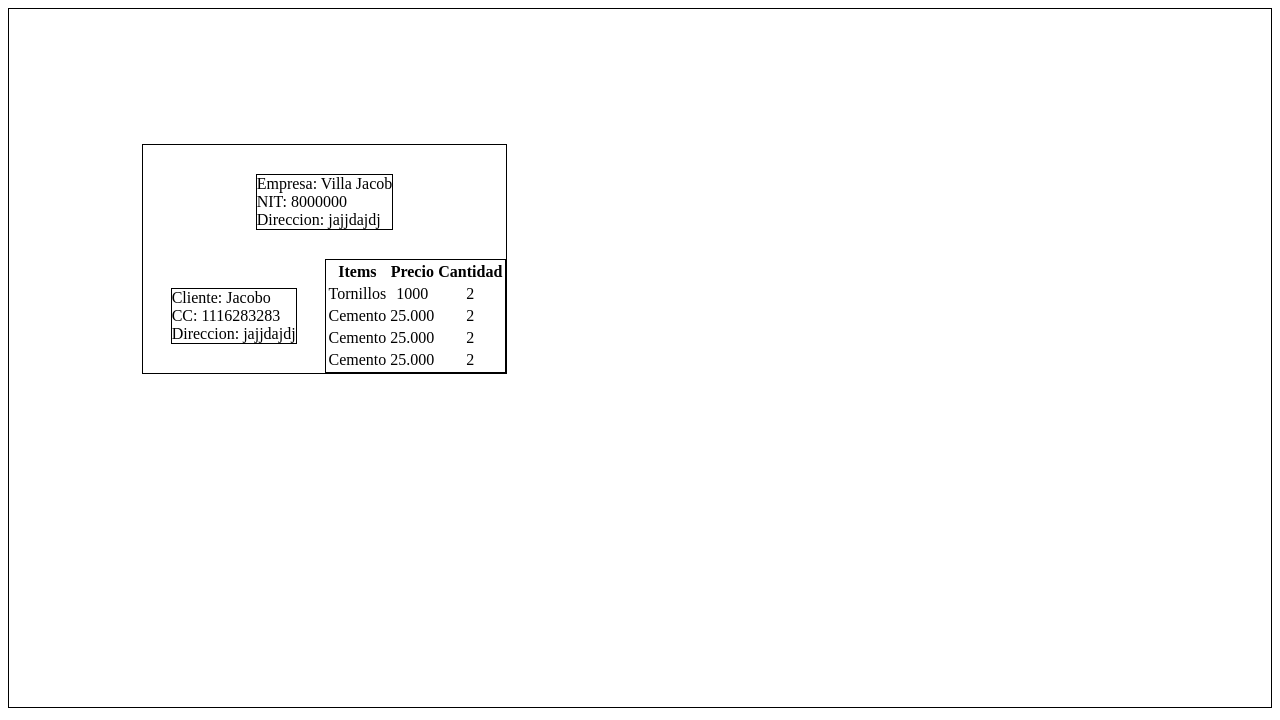
Repository: MrVanQish/FacturaEstructura
Page: index.html
The author's editor kept a copy of each file at every save. The page is drawn from the files as they stood at one save, then again after the next save.
The browser window is 1280 px wide. The pictures show the whole page.

Above is the page before, as saved 2021-09-29 10:03:30.

After the next save:
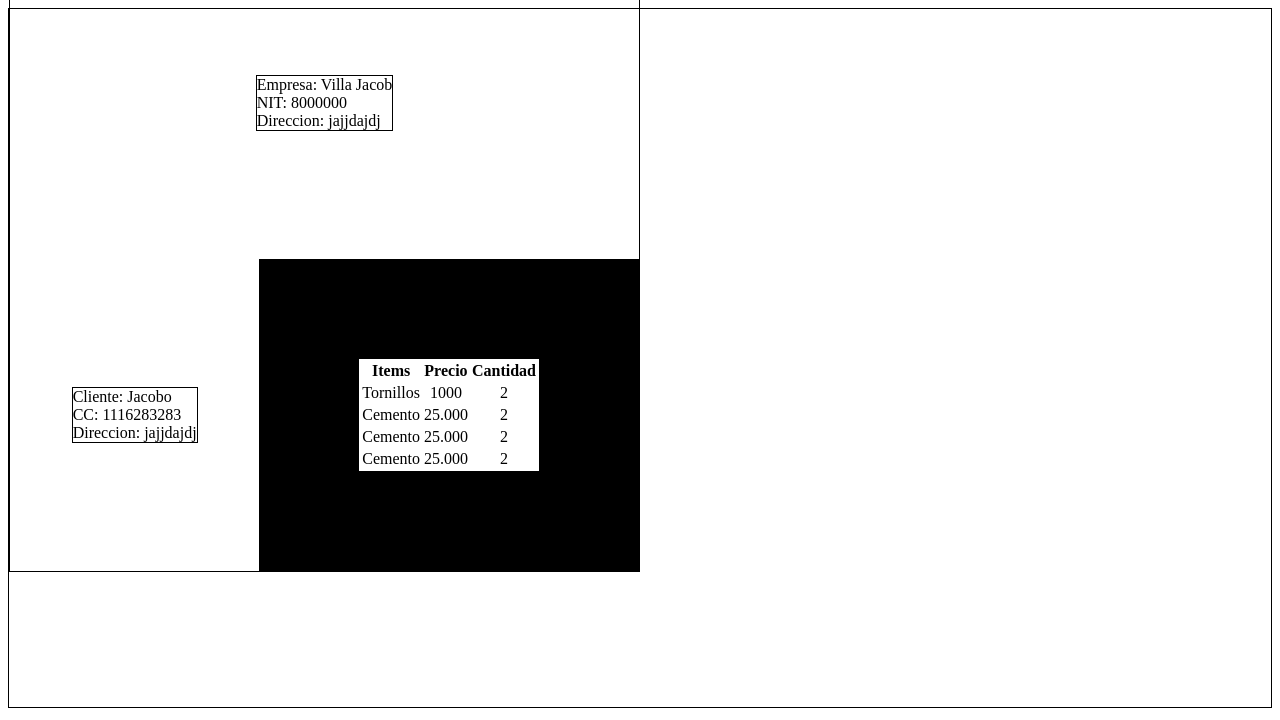
Saved 6 s later.
--- a/styles.css
+++ b/styles.css
@@ -49,5 +49,5 @@
     align-self: center;
     justify-self: center;
     text-align: center;
-border-width: ;
+border-width: 100px;
 }

After the save that followed:
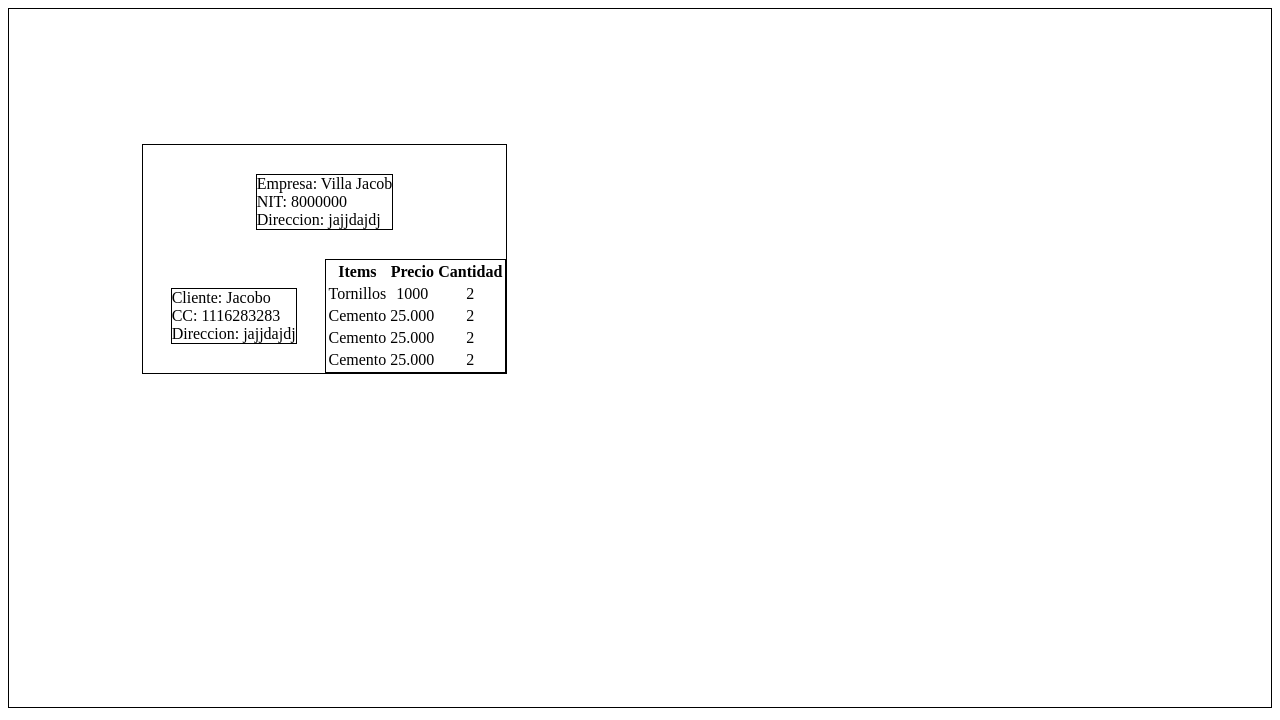
Saved 5 s later.
--- a/styles.css
+++ b/styles.css
@@ -49,5 +49,4 @@
     align-self: center;
     justify-self: center;
     text-align: center;
-border-width: 100px;
 }
